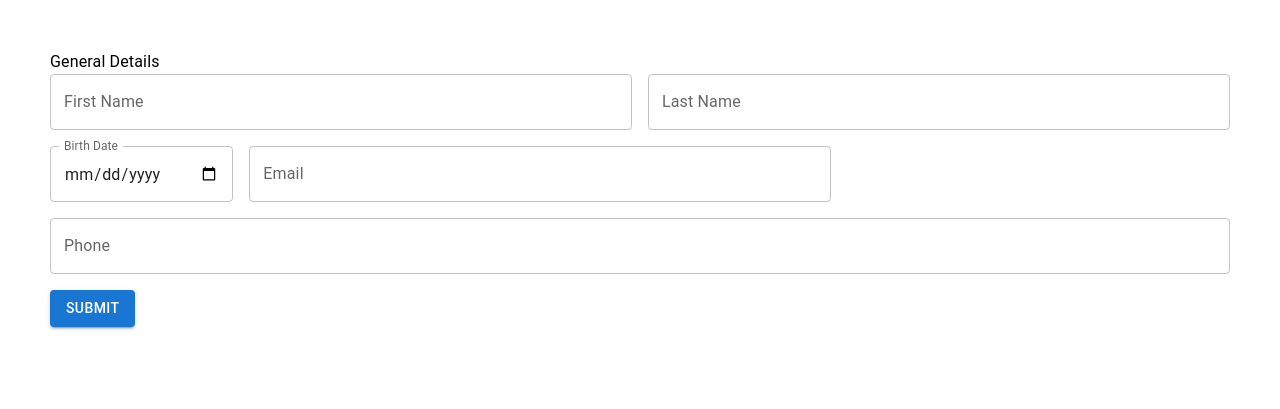
Repository: lenx0/front-client-manager
Page: /
The author's editor kept a copy of each file at every save. The page is drawn from the files as they stood at one save, then again after the next save.
The browser window is 1280 px wide. The pictures show the whole page.
The project was rebuilt for these pictures with package versions that can differ from the ones it lists, and the page was loaded fresh each time. Also part of the build but not shown: vite.config.js, src/App.css.

Above is the page before, as saved 2024-06-25 11:30:02.

### index.html
<!doctype html>
<html lang="en">
  <head>
    <meta charset="UTF-8" />
    <meta name="viewport" content="width=device-width, initial-scale=1.0" />
    <title>Client Manager</title>
  </head>
  <body>
    <div id="root"></div>
    <script type="module" src="/src/main.jsx"></script>
  </body>
</html>

### src/App.jsx
import { Box } from '@mui/material'
import './App.css'
import UserForm from './components/UserForm'

function App() {

  return (
    <Box sx={{ padding: '50px' }}>
      <UserForm />
    </Box>
  )
}

export default App

### src/components/UserForm.jsx
import React from 'react';
import { useForm } from 'react-hook-form';
import CustomInput from './CustomInput';
import { Button, Grid, Typography } from '@mui/material';
import axios from 'axios';

const UserForm = () => {
  const { handleSubmit, control, reset } = useForm();

  const onSubmit = async (data) => {
    try {
      const response = await axios.post('http://localhost:3100/v1/users/create', data);
      console.log('Dados enviados com sucesso:', response.data);
      reset();
    } catch (error) {
      console.error('Erro ao enviar dados:', error);
    }
  };

  return (
    <Grid>
      <Typography>
        General Details
      </Typography>
    <form onSubmit={handleSubmit(onSubmit)}>
      <Grid container spacing={2}>
        <Grid item xs={6}>
          <CustomInput
            name="firstName"
            control={control}
            label="First Name"
            rules={{ required: 'First name is required' }}
          />
        </Grid>
        <Grid item xs={6}>
          <CustomInput
            name="lastName"
            control={control}
            label="Last Name"
            rules={{ required: 'Last name is required' }}
          />
        </Grid>
        <Grid item xs={2}>
          <CustomInput
            name="birthDate"
            control={control}
            label="Birth Date"
            placeHolder="none"
            type="date"
            rules={{ required: 'Birth date is required' }}
            defaultValue=""
          />
        </Grid>
        <Grid item xs={6}>
          <CustomInput
            name="email"
            control={control}
            label="Email"
            type="email"
            rules={{
              required: 'Email is required',
              pattern: {
                value: /^[a-zA-Z0-9_.+-]+@[a-zA-Z0-9-]+\.[a-zA-Z0-9-.]+$/,
                message: 'Enter a valid email address',
              },
            }}
          />
        </Grid>
        <Grid item xs={12}>
          <CustomInput
            name="phone"
            control={control}
            label="Phone"
            rules={{ required: 'Phone number is required' }}
          />
        </Grid>
        <Grid item xs={12}>
          <Button type="submit" variant="contained" color="primary">
            Submit
          </Button>
        </Grid>
      </Grid>
    </form>
    </Grid>
  );
};

export default UserForm;

### src/components/CustomInput.jsx
import React from 'react';
import { Controller } from 'react-hook-form';
import TextField from '@mui/material/TextField';

const CustomInput = ({ name, control, label, type = 'text', rules, defaultValue = '' }) => {
  return (
    <Controller
      name={name}
      control={control}
      defaultValue={defaultValue}
      rules={rules}
      render={({ field, fieldState: { error } }) => (
        <TextField
          {...field}
          label={label}
          type={type}
          error={!!error}
          helperText={error ? error.message : null}
          variant="outlined"
          InputLabelProps={type === 'date' ? { shrink: true } : {}}
          fullWidth
        />
      )}
    />
  );
};

export default CustomInput;

Loaded but not shown: src/main.jsx (common file); src/index.css (common file)

After the next save:
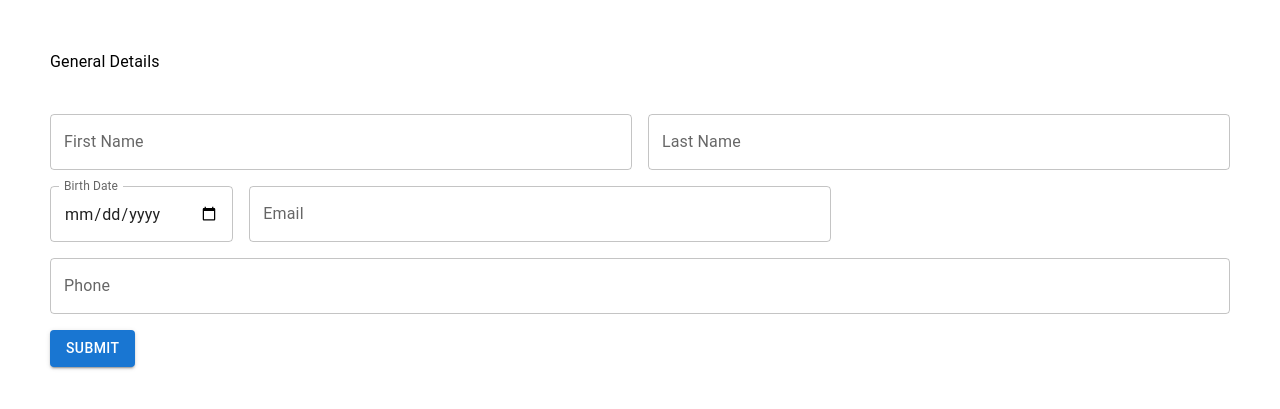
Saved 20 s later.
--- a/src/components/UserForm.jsx
+++ b/src/components/UserForm.jsx
@@ -19,7 +19,7 @@ const UserForm = () => {
 
   return (
     <Grid>
-      <Typography>
+      <Typography pb={5}>
         General Details
       </Typography>
     <form onSubmit={handleSubmit(onSubmit)}>
